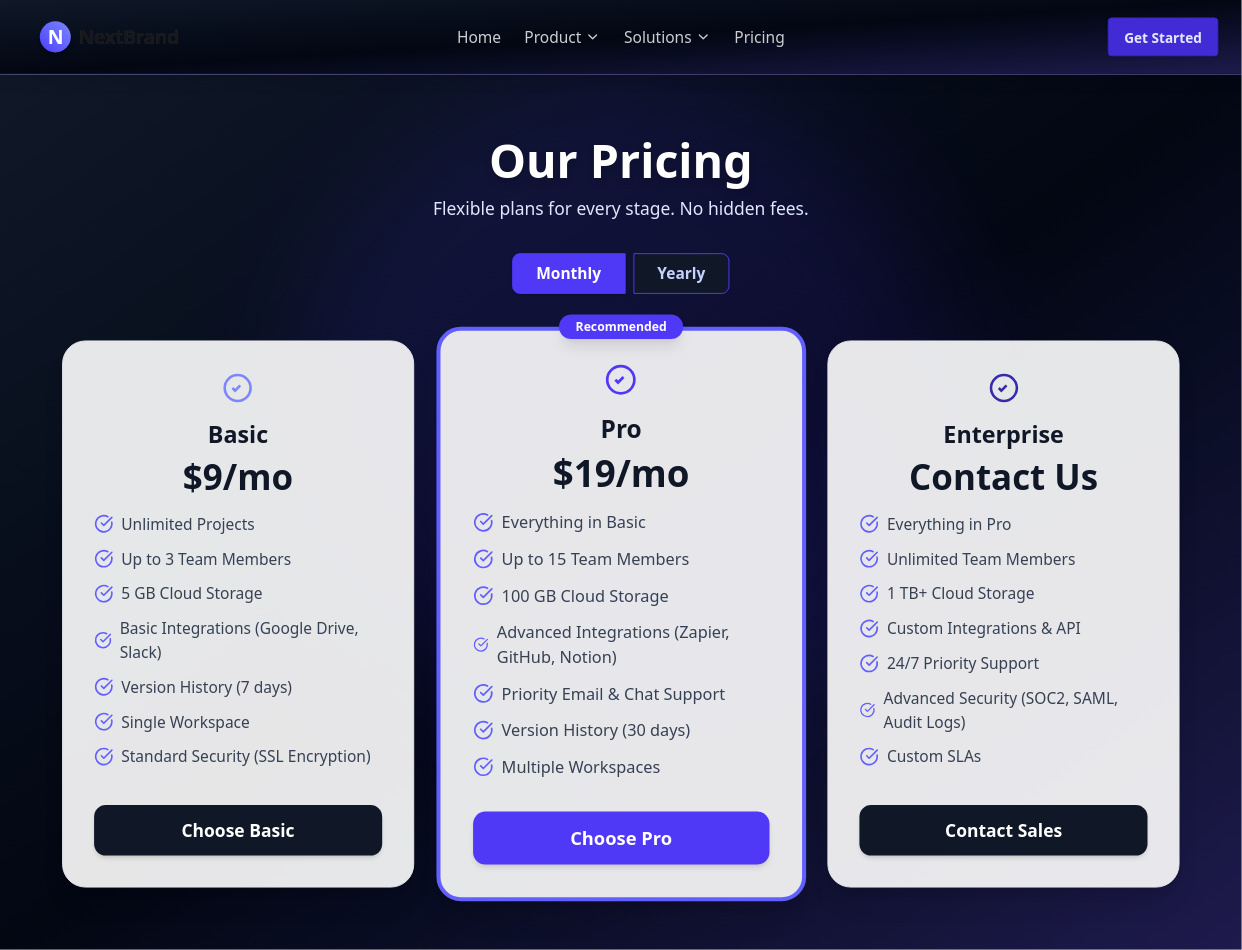
Repository: Chiranshukapil/Next_Brand
Page: /pricing
These files come from the project's save history. The page is drawn as it stood at one moment and after a run of saves; the edit follows.
The browser window is 1280 px wide. The pictures show the whole page, at 97% of full size.
The project was rebuilt for these pictures with package versions that can differ from the ones it lists, and the page was loaded fresh each time. Also part of the build but not shown: vite.config.js.

Above is the page before, as saved 2025-06-18 12:35:36.

After the next 2 saves:
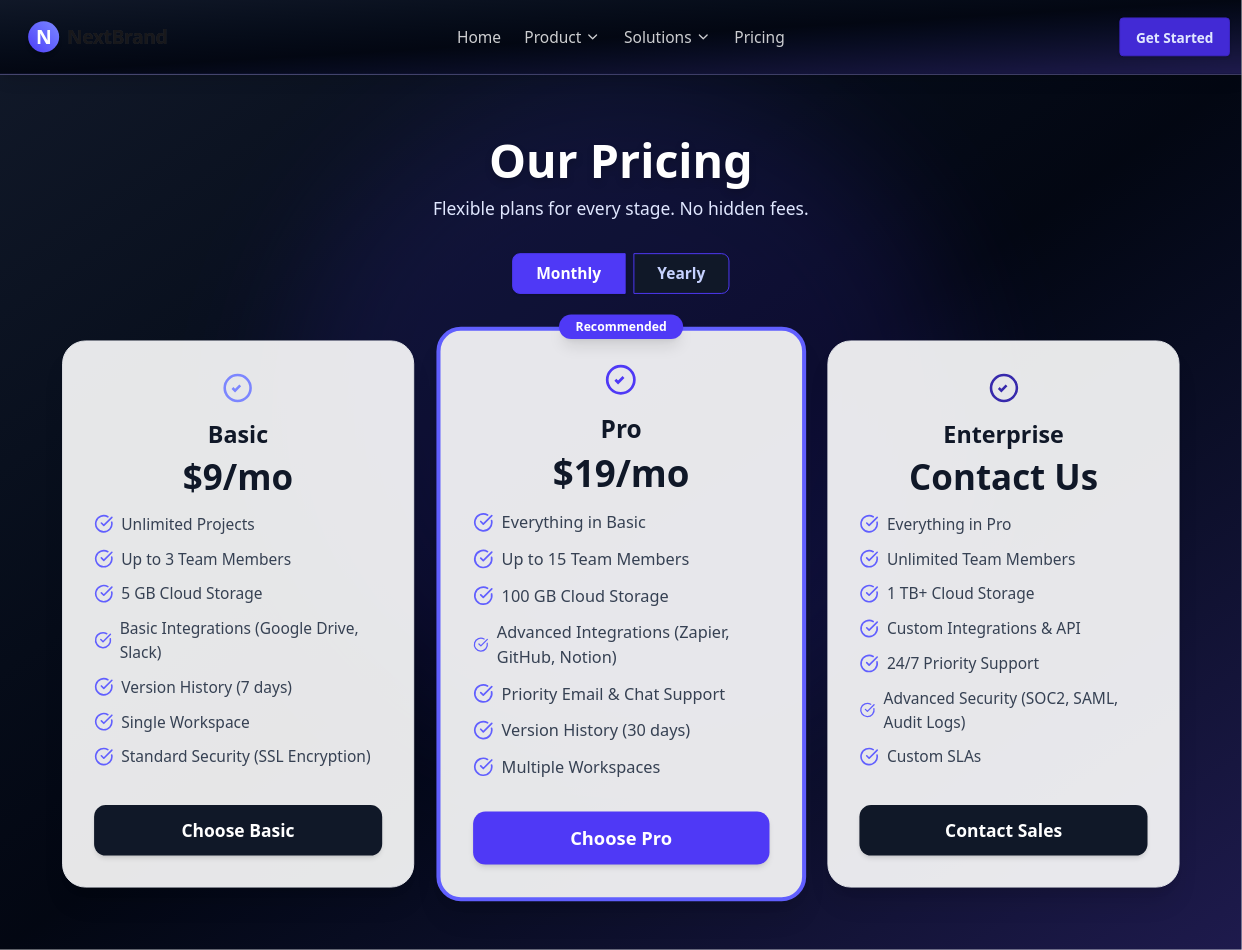
The 2 saves are shown as one change because they came seconds apart.
The last was saved 7 s later.
--- a/src/Components/NavBar.jsx
+++ b/src/Components/NavBar.jsx
@@ -29,7 +29,7 @@ export default function Navbar() {
   const [dropdownOpen, setDropdownOpen] = useState(null);
 
   return (
-    <nav className="sticky top-0 z-50 bg-gradient-to-br from-gray-900 via-gray-950 to-indigo-950 backdrop-blur-md bg-opacity-80 border-b border-indigo-800/30 shadow-lg flex justify-between px-6 py-3">
+    <nav className="sticky top-0 z-50 bg-gradient-to-br from-gray-900 via-gray-950 to-indigo-950 backdrop-blur-md bg-opacity-80 border-b border-indigo-800/30 shadow-lg flex justify-between px-3 py-3">
 
       <div className="navbar-start">
         <Link
